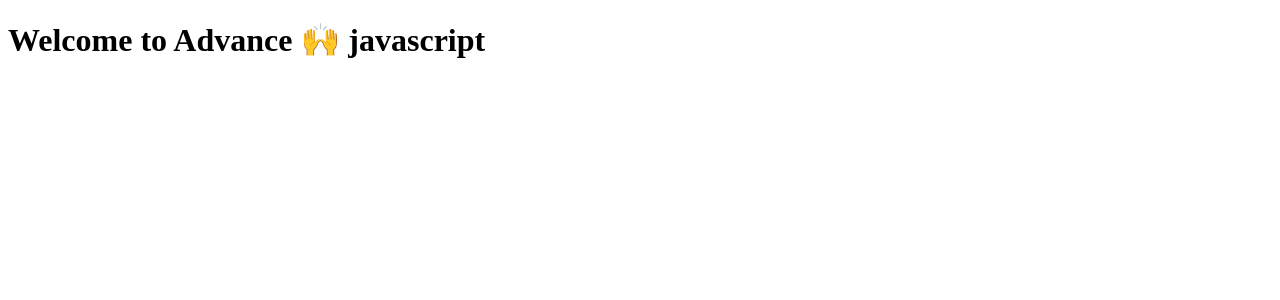
Repository: Gulzarokz/Advance_javascript
Page: index.html
An editor plug-in stored every save of this project. The page is shown before and after the next save, followed by the edit.
The browser window is 1280 px wide. The pictures show the whole page.

Above is the page before, as saved 2026-01-01 22:46:11.

### index.html
<!DOCTYPE html>
<html lang="en">

<head>
    <meta charset="UTF-8">
    <meta name="viewport" content="width=device-width, initial-scale=1.0">
    <title>Advance 🙌 javascript</title>
</head>

<body>
    <h1>Welcome to Advance 🙌 javascript</h1>

    <script src="./index.js"></script>
</body>

</html>

### index.js
// This is the main JavaScript file for the Advance 🙌 javascript project
//var, let and const
//two versions of javascript
//ES5 - 2009
//ES6 old var, let - 2015 new version const and let

// we will used both version of es6 and es5
// es5 - var
// es6 - let and const
// difference between var, let and const
// 1. var is function scoped
// var add self into window object
// function testVar() {
//     for (var i = 0; i < 5; i++) {
//         console.log(i);
//     }
//     console.log(i);

// }
// testVar();
//    let are  block scoped
// let con't add self into window object
// function testLet() {
//     for (let i = 0; i < 5; i++) {
//         console.log(i);
//     }
//     console.log(i);

// }
// testLet();
// 2. var can be re-declared and updated
//    let can be updated but not re-declared
//    const can neither be updated nor re-declared
//

// practical of var, let and const

// var a = 10;
// var a = 20; // re-declared
// a = 30; // updated
// console.log("var a:", a); // 30
// scopping difference
// if (1 == 1) {
//     var x = 10; // function scoped
// }
// console.log(x);

// let
// let b = 10;
// let b = 15; // re-declared error
// b = 20; // updated
// console.log(b);
// if (1 == 1) {
//     let x = 10; // function scoped
//     console.log(x);

// }
// console.log(x);

// const  cannot be updated or re-declared
// const c = 10;
// const c = 20;
// c = 30;
// console.log(c);

// if (1 == 1) {
//     const  x = 10; // function scoped
//     console.log(x);

// }
// console.log(x);
// ====================================================================
// Templete Literals
// ======================================

// var user = "John";
// var greeting = "Hello " + user; before es6 and template literals
// var greeting = `Hello ${user}; welcome to template literals`
// console.log(greeting);

// used in function
// var fName = "John";
// var lName = "Doe";
// function fullName(fName, lName) {
//     return `Your full name is ${fName} ${lName}`;
// }

// let result = fullName(fName, lName);
// console.log(result);

//  ====================================================================
// Arrow Functions
// ======================================
//  funcation add(a, b) { normal function
//         return a + b;
//  }
//  add(5, 10); // 15

// let add = function(a, b){ // function expression
//     return a + b;
// }
// add(5, 10); // 15
//  arrow function
// let add = (a, b) => {
//     return a + b;
// }
// let result = add(5, 10); // 15
// console.log(result);

//  ====================================================================
// Rest operator
// ======================================

// let sum = (name, ...args) => {

//     console.log(`Hello ${name}`);
//     let sum = 0;
//     for (let i in args) {
//         sum += args[i];
//     }
//     return sum;
// }
// console.log(sum("John", 1, 2, 3, 4, 5)); // 15

//  ====================================================================
// var , let , const
// ======================================

// var a = "I am var";
// var a = "Hello " can be re-declared
// a = "world"       can be re-assign
// console.log(a);

// const
// const a = "I am const";
// // var a = "Hello " cannot be re-declared
// // a = "world"      cannot be re-assign
// console.log(a);
// // a = "world"
// console.log(a);

// let

// let a = "i am let";
// let a = "world";  cannot be re-declared
// a = "hello";      // can be re-assign
// a = "hello";
// console.log(a);

// if (1 == 1) {
//     var a = "hello"
//     console.log(a);

// }
// console.log(a);

// if (1 == 1) {
//     let a = "hello"
//     console.log(a);

// }
// console.log(a);


// if (1 == 1) {
//     const a = "hello"
//     console.log(a);

// }
// console.log(a);

// templet staring and templet literals

// let user = "gulzar khan";
// let marks = 550;
// // console.log("Hello" +  user);
// // console.log(`Hello ${user}, welcome to templet literals`);
// console.log(`Hello ${user}, your marks is = ${marks}`);

// let fName = "Gulzar";
// let lName = "Khan";

// function fullName(fName, lName) {
//     return `your fullName is ${fName} ${lName}`;
// }

// let result = fullName(fName, lName);
// console.log(result);

// rest operator

// function sum(name, ...args) {
//     let sum = 0;

//     for (let i in args) {
//         sum += args[i]
//     }
//     // console.log(sum);
//     document.writeln(`Hello ${name}, sum is  = ${sum}`);


// }

// sum("John", 23, 21, 34)
// sum("John", 23, 21)

// spread operator

// let arr1 = [1, 2, 3];
// let arr2 = [4, 5, 6];
// let arr3 = [...arr1, ...arr2];
// console.log(arr3);

After the next save:
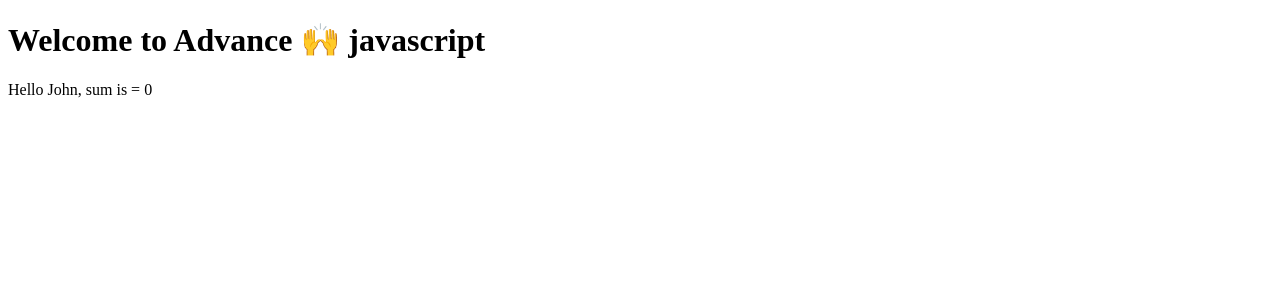
Saved 4 min 13 s later.
--- a/index.js
+++ b/index.js
@@ -210,3 +210,17 @@
 // let arr2 = [4, 5, 6];
 // let arr3 = [...arr1, ...arr2];
 // console.log(arr3);
+
+
+function sum(name, ...args) {
+    let sum = 0;
+
+    for (let i in args) {
+        sum += args[i]
+    }
+    document.writeln(`Hello ${name}, sum is  = ${sum}`);
+
+}
+let arr = [10, 20, 30, 40];
+
+sum("John",)
